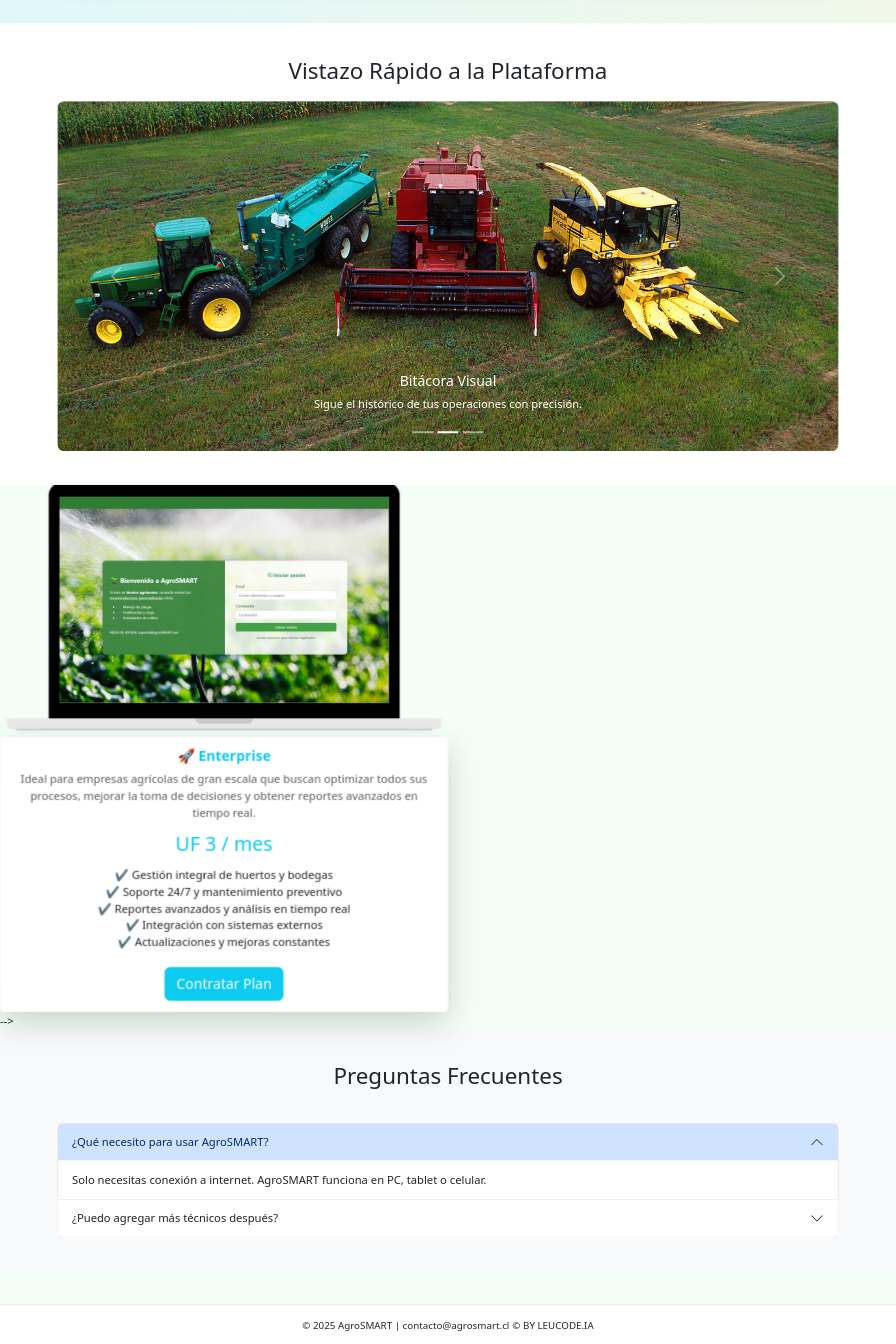
Repository: eikos4/Agrodeskv3
Page: http://localhost/
The author's editor kept a copy of each file at every save. The page is drawn from the files as they stood at one save, then again after the next save.
The browser window is 1280 px wide. The pictures show the part of the page from y = 1672 to 3592 px (the page is 3592 px tall before and 3232 px after), at 70% of full size.
Backgrounds fixed to the window are drawn as part of the page. The page is served by the project's application, run on Flask 3 (app/__init__.py).

Above is the page before, as saved 2025-05-18 23:40:53.

After the next save:
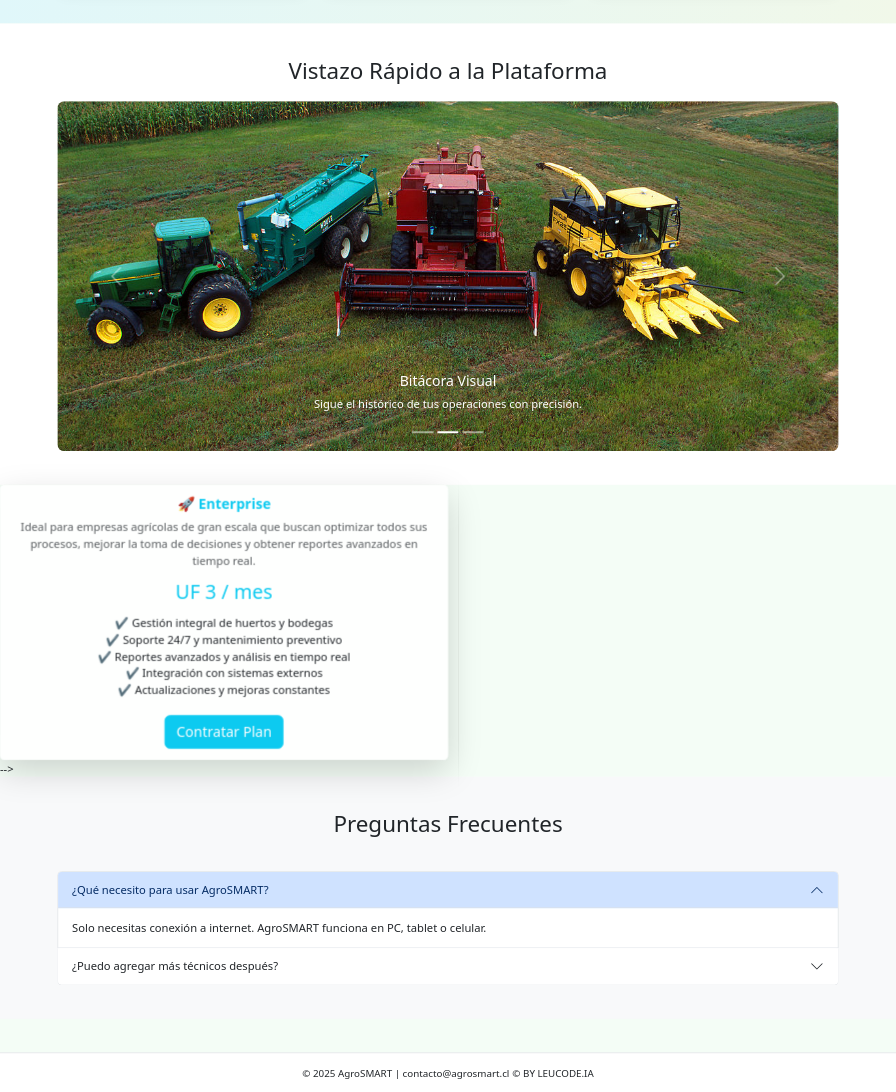
Saved 4 s later.
--- a/app/templates/index.html
+++ b/app/templates/index.html
@@ -230,7 +230,7 @@
     <div class="container">
       <h2 class="text-center mb-5 text-info fw-bold" data-aos="fade-down">Plan Enterprise</h2>
       <div class="row g-4 align-items-center">
-        <!-- Columna Izquierda: Imagen -->
+        <!-- Columna Izquierda: Imagen
         <div class="col-md-6">
           <img src="{{ url_for('static', filename='laptop.png') }}"
                alt="Imagen Representativa"
